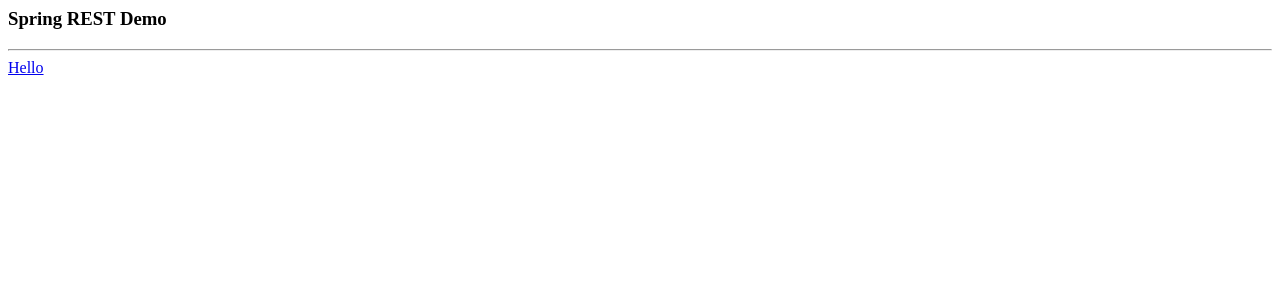
Repository: shinjuno123/spring-rest
Page: http://localhost/spring-rest-demo/
An editor plug-in stored every save of this project. The page is shown before and after the next save, followed by the edit.
The browser window is 1280 px wide. The pictures show the whole page.
The page is served by Tomcat 9.

Above is the page before, as saved 2023-01-12 16:57:59.

After the next save:
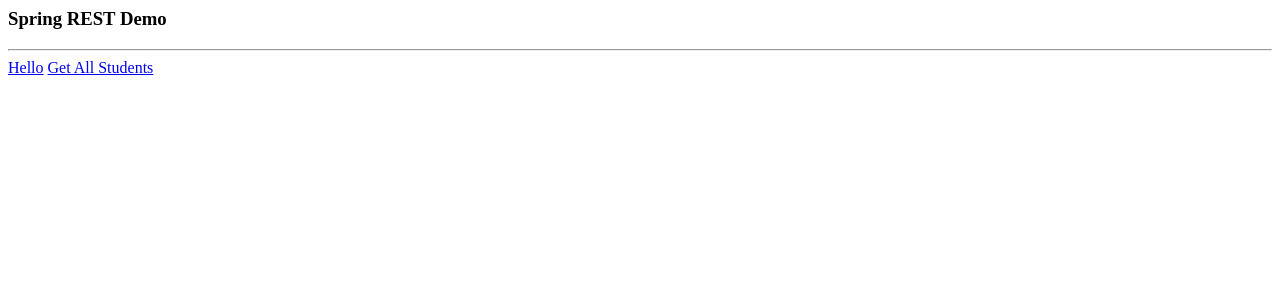
Saved 4 min 49 s later.
--- a/spring-rest-demo/src/main/webapp/index.jsp
+++ b/spring-rest-demo/src/main/webapp/index.jsp
@@ -5,6 +5,7 @@
 <hr>
 
 <a href="${pageContext.request.contextPath}/test/hello">Hello</a>
+<a href="${pageContext.request.contextPath}/api/students">Get All Students</a>
 
 </body>
 </html>
